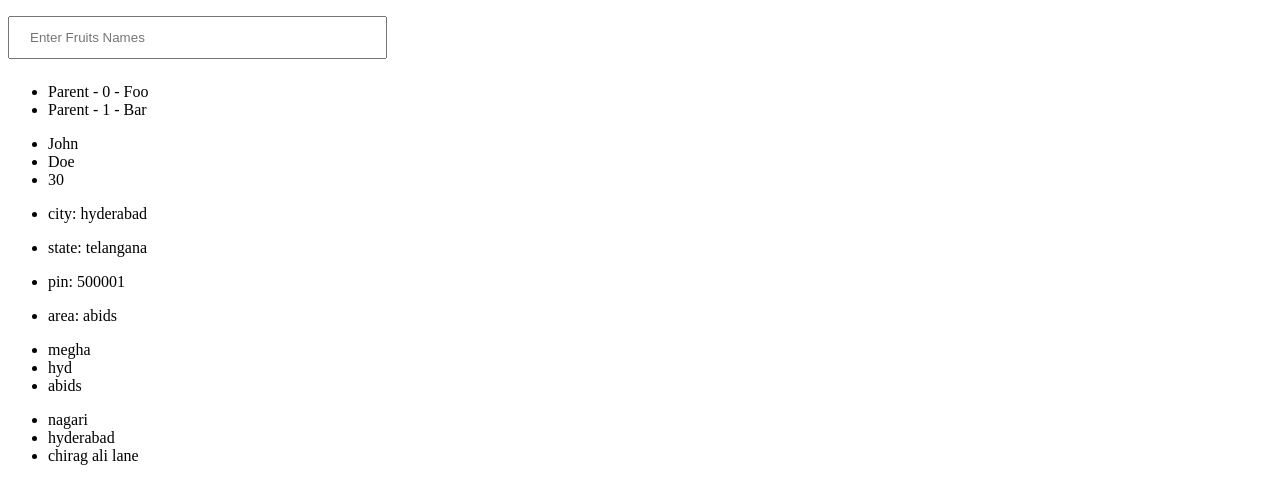
Repository: MeghaNagari/PracticeAtVMC
Page: Practice/VuePractice/WebContent/ListRendering.html
The author's editor kept a copy of each file at every save. The page is drawn from the files as they stood at one save, then again after the next save.
The browser window is 1280 px wide. The pictures show the whole page.
Some web libraries are served in a nearby version.

Above is the page before, as saved 2018-03-20 05:52:05.

After the next save:
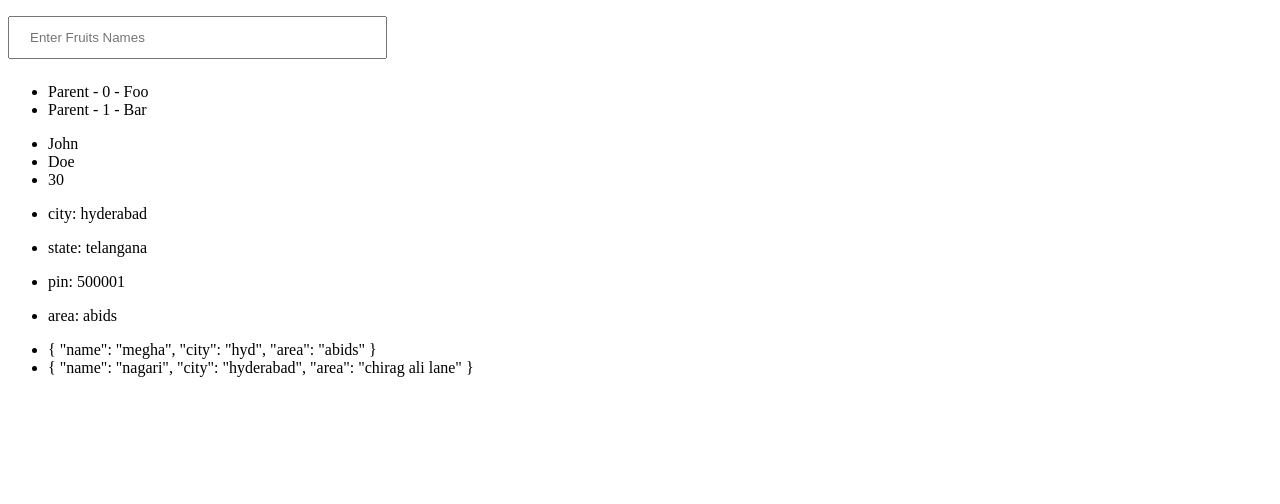
Saved 2 min 11 s later.
--- a/Practice/VuePractice/WebContent/ListRendering.html
+++ b/Practice/VuePractice/WebContent/ListRendering.html
@@ -54,14 +54,12 @@
 	</div>
 
 	<div id="test5">
-<div v-if:items.length>
-		<ul v-for="item in items" :key="item.id">
-		<li>{{item.name}}	</li>
-		<li>{{item.city}}</li>
-		<li>{{item.area}}</li>
-		</ul>
-		</div>
-		<p v-else>No item left</p>
+<ul v-if="items.length">
+  <li v-for="item in items">
+    {{ item }}
+  </li>
+</ul>
+<p v-else>No todos left!</p>
 
 
 
